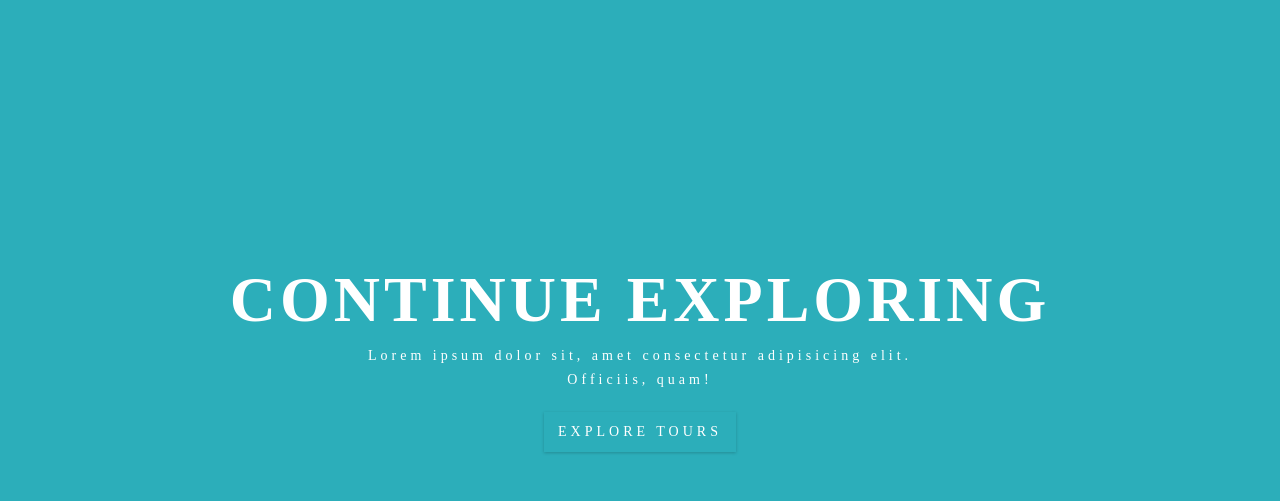
Repository: Ndifoinhilary/flexbox-project
Page: index.html
These files come from the project's save history. The page is drawn as it stood at one moment and after the next save; the edit follows.
The browser window is 1280 px wide. The pictures show the whole page.

Above is the page before, as saved 2024-01-18 14:14:17.

After the next save:
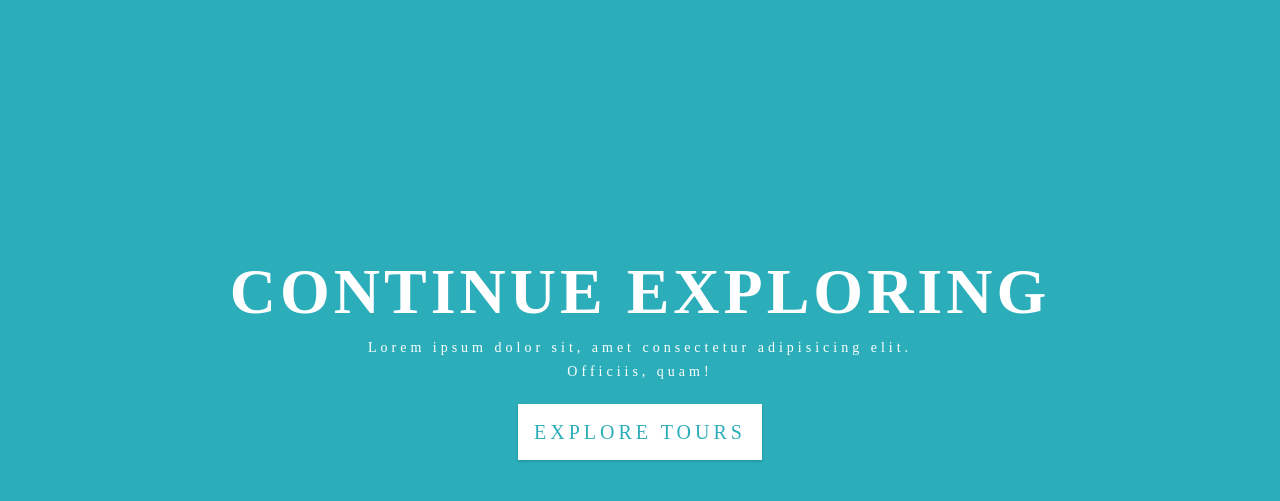
Saved 112 s later.
--- a/css/main.css
+++ b/css/main.css
@@ -167,4 +167,11 @@ p{
   color: var(--clr-White);
   letter-spacing: var(--spacing);
 }
+
+.hero-btn{
+  padding: 0.9rem;
+  font-size: 1.25rem;
+  background: var(--clr-White);
+  color: var(--clr-primary-5);
+}
 /* end of hero */
